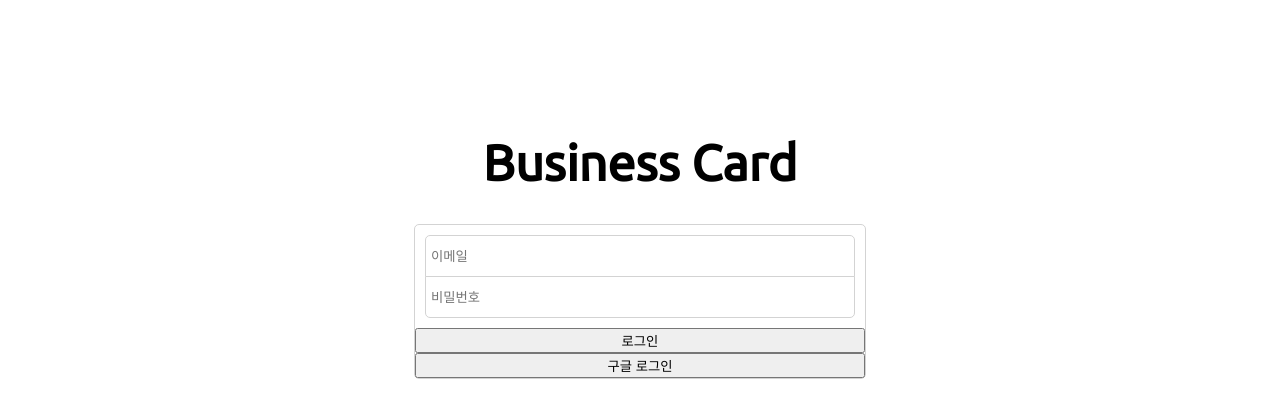
Repository: momo0170/react_businesscard
Page: /login
An editor plug-in stored every save of this project. The page is shown before and after the next save, followed by the edit.
The browser window is 1280 px wide. The pictures show the whole page.
The page's requests for data from a server got no answer. The project was rebuilt for these pictures with package versions that can differ from the ones it lists, and the page was loaded fresh each time. No one was signed in, and anything a server would have sent is missing.

Above is the page before, as saved 2022-08-10 20:04:02.

### public/index.html
<!DOCTYPE html>
<html lang="en">
  <head>
    <meta charset="utf-8" />
    <link rel="icon" href="%PUBLIC_URL%/favicon.ico" />
    <meta name="viewport" content="width=device-width, initial-scale=1" />
    <meta name="theme-color" content="#000000" />
    <meta
      name="description"
      content="Web site created using create-react-app"
    />
    <link rel="preconnect" href="https://fonts.googleapis.com" />
    <link rel="preconnect" href="https://fonts.gstatic.com" crossorigin />
    <link
      href="https://fonts.googleapis.com/css2?family=Ubuntu:ital,wght@0,400;1,500&display=swap"
      rel="stylesheet"
    />

    <title>App</title>
  </head>
  <body>
    <noscript>You need to enable JavaScript to run this app.</noscript>
    <div id="root"></div>
  </body>
</html>

### src/index.js
import React from 'react';
import ReactDOM from 'react-dom/client';
import './index.css';
import App from './app.jsx';
import './firebase.js';
import { BrowserRouter } from 'react-router-dom';

const root = ReactDOM.createRoot(document.getElementById('root'));
root.render(
  <BrowserRouter>
    <App />
  </BrowserRouter>
);

### src/index.css
body {
  margin: 0;
  font-family: 'Ubuntu', sans-serif;
  -webkit-font-smoothing: antialiased;
  -moz-osx-font-smoothing: grayscale;
}

code {
  font-family: source-code-pro, Menlo, Monaco, Consolas, 'Courier New',
    monospace;
}

### src/app.jsx
import React, { useState } from 'react';
import { Routes, Route } from 'react-router-dom';
import { auth, app } from './firebase';
import {
  GoogleAuthProvider,
  signInWithPopup,
  createUserWithEmailAndPassword,
  onAuthStateChanged,
  signInWithEmailAndPassword,
  signOut,
} from 'firebase/auth';
import Login from './components/login';

// createUserWithEmailAndPassword : 회원가입
// signInWithEmailAndPassword : 로그인
// signOut : 로그아웃
// sendEmailVerifiacation : 회원가입한 이메일 유호 확인
// updateEmail : 회원가입한 아이디 이메일 변경
// updatePassword : 회원가입한 아이디 패스워드 변경
// sendPasswordResetEmail : 회원가입한 비빌먼호 재설정
// delete : 회원가입한 아이디 삭제
// reauthenticate : 아이디 재인증
// onAuthStateChanged : 사용자의 로그인 상태 변경 감시

function App() {
  const [registerEmail, setRegisterEmail] = useState('');
  const [registerPassword, setRegisterPassword] = useState('');
  const [loginEmail, setLoginEmail] = useState('');
  const [loginPassword, setLoginPassword] = useState('');
  const [googleUserData, setGoogleUserData] = useState(null);
  const [emailUserData, setEmailUserData] = useState(null);

  // 회원가입
  const register = () => {
    createUserWithEmailAndPassword(auth, registerEmail, registerPassword)
      .then((userCredential) => {
        // Signed in
        var registerUser = userCredential.user;
        console.log(registerUser);
      })
      .catch((error) => {
        var errorCode = error.code;
        var errorMessage = error.message;
        console.log(errorCode);
        console.log(errorMessage);
        // ..
      });
  };

  // 이메일 로그인
  const emailLogin = () => {
    signInWithEmailAndPassword(auth, loginEmail, loginPassword)
      .then((userCredential) => {
        const user = userCredential.user;
        setEmailUserData(user);
        console.log(user);
      })
      .catch((error) => {
        const errorCode = error.code;
        const errorMessage = error.message;
        console.log(errorCode);
        console.log(errorMessage);
      });
  };

  // 구글 로그인
  const googleLogin = () => {
    const provider = new GoogleAuthProvider(); // provider를 구글로 설정
    signInWithPopup(auth, provider) // popup을 이용한 signup
      .then((data) => {
        setGoogleUserData(data.user); // user data 설정
        console.log(data); // console로 들어온 데이터 표시
      })
      .catch((err) => {
        console.log(err);
      });
  };

  return (
    <Routes>
      <Route path="/">
        <Route
          path="login"
          element={
            <Login
              googleLogin={googleLogin}
              register={register}
              emailLogin={emailLogin}
              googleUserData={googleUserData}
              setGoogleUserData={setGoogleUserData}
              emailUserData={emailUserData}
              setEmailUserData={setEmailUserData}
              setLoginEmail={setLoginEmail}
              setLoginPassword={setLoginPassword}
            />
          }
        />
      </Route>
      {/* <Route path="/main" element={<Main />} /> */}
    </Routes>
  );
}

export default App;

### src/firebase.js
import { initializeApp } from 'firebase/app';
import { getAuth } from 'firebase/auth';

const firebaseConfig = {
  apiKey: process.env.REACT_APP_API_KEY,
  authDomain: process.env.REACT_APP_AUTH_DOMAIN,
  projectId: process.env.REACT_APP_PROJECT_ID,
  storageBucket: process.env.REACT_APP_STORAGE_BUCKET,
  messagingSenderId: process.env.REACT_APP_MESSAGING_ID,
  appId: process.env.REACT_APP_APP_ID,
};
const app = initializeApp(firebaseConfig);
const auth = getAuth(app);

export { app, auth };

### src/components/login.jsx
import React from 'react';
import styles from '../css/login.module.css';

function Login({
  googleLogin,
  googleUserData,
  register,
  emailLogin,
  setGoogleUserData,
  emailUserData,
  setEmailUserData,
  setLoginEmail,
  setLoginPassword,
}) {
  return (
    <>
      <h1 className={styles.title}>Business Card</h1>
      <div className={styles.container}>
        <div className={styles.input}>
          <input
            placeholder="이메일"
            className={styles.id}
            onChange={(e) => {
              setLoginEmail(e.target.value);
            }}
          />
          <input
            placeholder="비밀번호"
            className={styles.password}
            onChange={(e) => {
              setLoginPassword(e.target.value);
            }}
          />
        </div>
        <div className={styles.login}>
          {/* 구글 로그인 */}

          <button onClick={googleLogin}>로그인</button>

          {/* 이메일 로그인 */}
          <button onClick={emailLogin}>구글 로그인</button>
        </div>
      </div>
    </>
  );
}

export default Login;

### src/css/login.module.css
@value normalBlue from '../common/colors.css';
@value lightGrey from '../common/colors.css';

.title {
  text-align: center;
  padding-top: 100px;
  font-size: 50px;
  color: normalBlue;
}

.container {
  display: flex;
  flex-direction: column;
  width: 450px;
  border: 1px solid lightGrey;
  border-radius: 5px;
  margin: 0 auto;
}

.input {
  display: flex;
  flex-direction: column;
  padding: 10px 10px;
}

.id,
.password {
  height: 30px;
  padding: 5px;
  outline: 0;
}

.id {
  border: 1px solid lightGrey;
  border-top-left-radius: 5px;
  border-top-right-radius: 5px;
}

.password {
  border: 1px solid lightGrey;
  border-bottom-left-radius: 5px;
  border-bottom-right-radius: 5px;
  margin-top: -1px;
}

.login {
  display: flex;
  flex-direction: column;
}

After the next save:
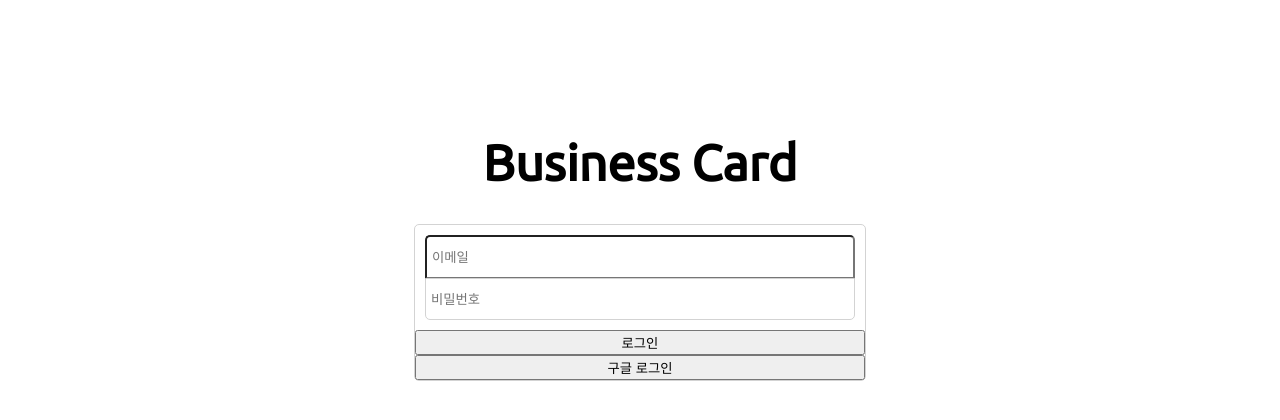
Saved 14 s later.
--- a/src/css/login.module.css
+++ b/src/css/login.module.css
@@ -31,7 +31,7 @@
 }
 
 .id {
-  border: 1px solid lightGrey;
+  border: 1px solid pupple;
   border-top-left-radius: 5px;
   border-top-right-radius: 5px;
 }

After the save that followed:
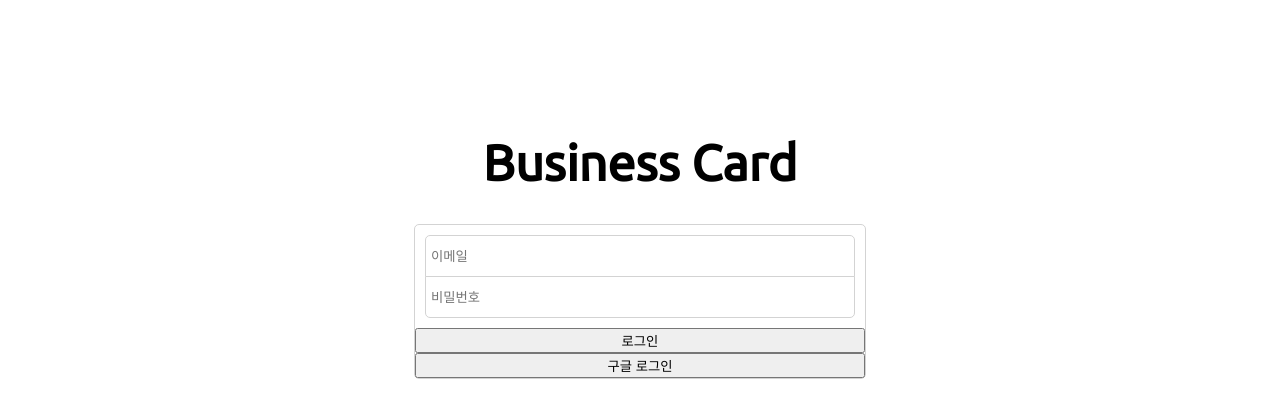
Saved 10 s later.
--- a/src/css/login.module.css
+++ b/src/css/login.module.css
@@ -31,7 +31,7 @@
 }
 
 .id {
-  border: 1px solid pupple;
+  border: 1px solid lightGrey;
   border-top-left-radius: 5px;
   border-top-right-radius: 5px;
 }
